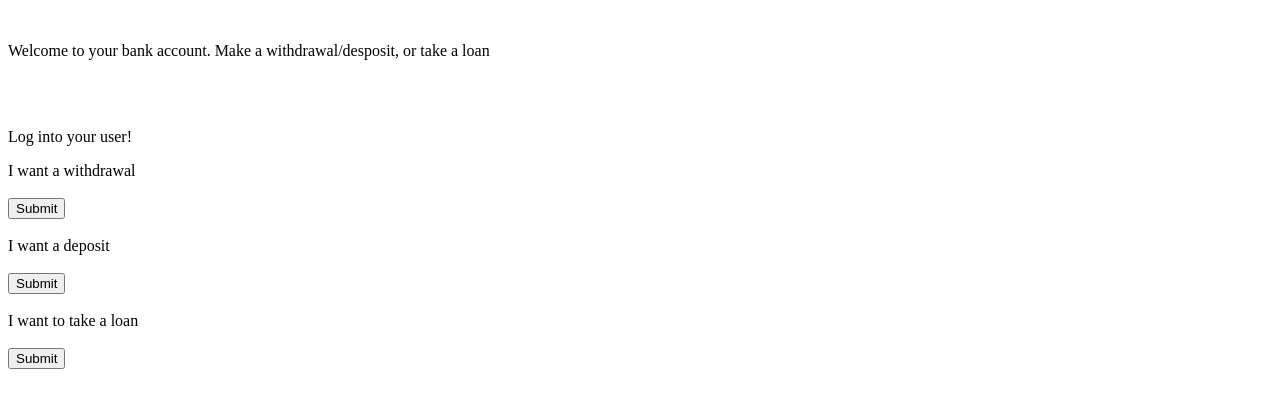
Repository: hcm4990/BankingApplicationRestAPI
Page: gs-serving-web-content-complete/src/main/resources/static/account.html
An editor plug-in stored every save of this project. The page is shown before and after a run of saves, followed by the edit.
The browser window is 1280 px wide. The pictures show the whole page.

Above is the page before, as saved 2020-04-06 15:31:29.

### gs-serving-web-content-complete/src/main/resources/static/account.html
<!DOCTYPE HTML>
<html>
<head>
<title>Getting Started: Serving Web Content</title>
<meta http-equiv="Content-Type" content="text/html; charset=UTF-8" />
</head>
<body>
	<br>
	<p>Welcome to your bank account. Make a withdrawal/desposit, or take a loan</p>
	<br>
	<br>
	<p><p>Log into your user!</p>
	<form action="/withdrawal">
		<label for="user_id">I want a withdrawal</label><br>
		<br> <input type="submit" value="Submit">
	</form> <br>
	<form action="/deposit">
		<label for="user_id">I want a deposit</label><br>
		<br> <input type="submit" value="Submit">
	</form> <br>
	<form action="/loan">
		<label for="user_id">I want to take a loan</label><br>
		<br> <input type="submit" value="Submit">
	</form>
</body>
</html>

After the next 2 saves:
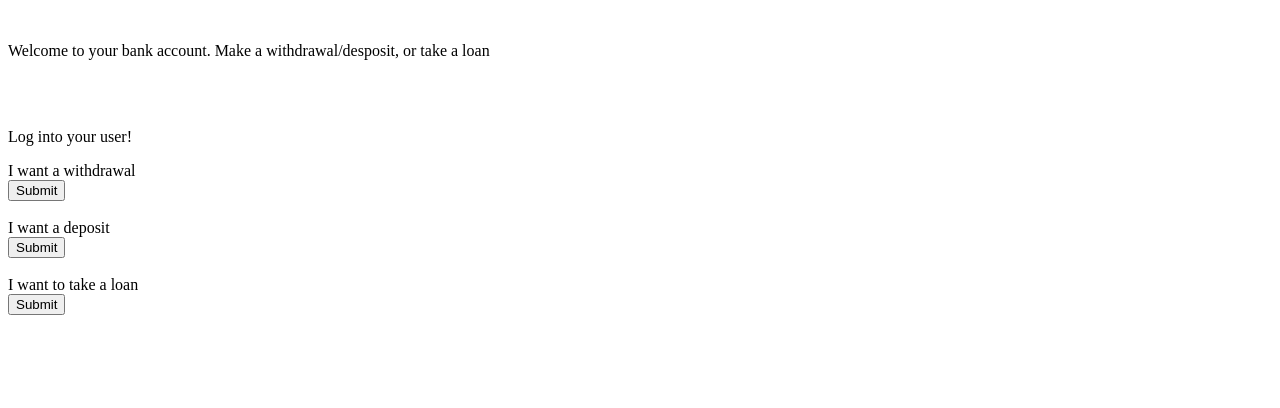
The 2 saves are shown as one change because they came seconds apart.
The last was saved 9 s later.
--- a/gs-serving-web-content-complete/src/main/resources/static/account.html
+++ b/gs-serving-web-content-complete/src/main/resources/static/account.html
@@ -11,15 +11,15 @@
 	<br>
 	<p><p>Log into your user!</p>
 	<form action="/withdrawal">
-		<label for="user_id">I want a withdrawal</label><br>
+		<label for="user_id">I want a withdrawal</label>
 		<br> <input type="submit" value="Submit">
 	</form> <br>
 	<form action="/deposit">
-		<label for="user_id">I want a deposit</label><br>
+		<label for="user_id">I want a deposit</label>
 		<br> <input type="submit" value="Submit">
 	</form> <br>
 	<form action="/loan">
-		<label for="user_id">I want to take a loan</label><br>
+		<label for="user_id">I want to take a loan</label>
 		<br> <input type="submit" value="Submit">
 	</form>
 </body>
